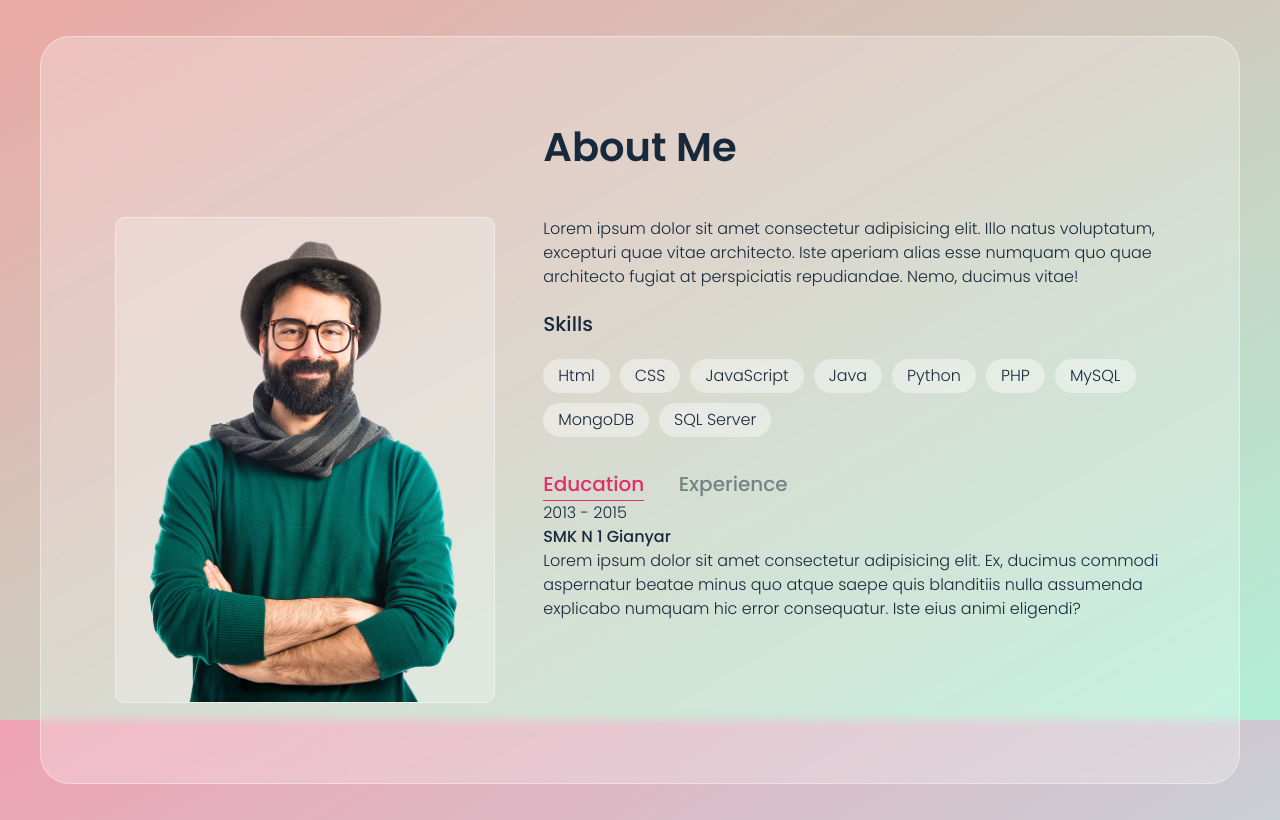
Repository: dewaary/Glassmorp-me
Page: index.html
These files come from the project's save history. The page is drawn as it stood at one moment and after the next save; the edit follows.
The browser window is 1280 px wide. The pictures show the whole page.
Backgrounds fixed to the window are drawn as part of the page.

Above is the page before, as saved 2021-05-25 22:49:06.
Not found: js/script,js

After the next save:
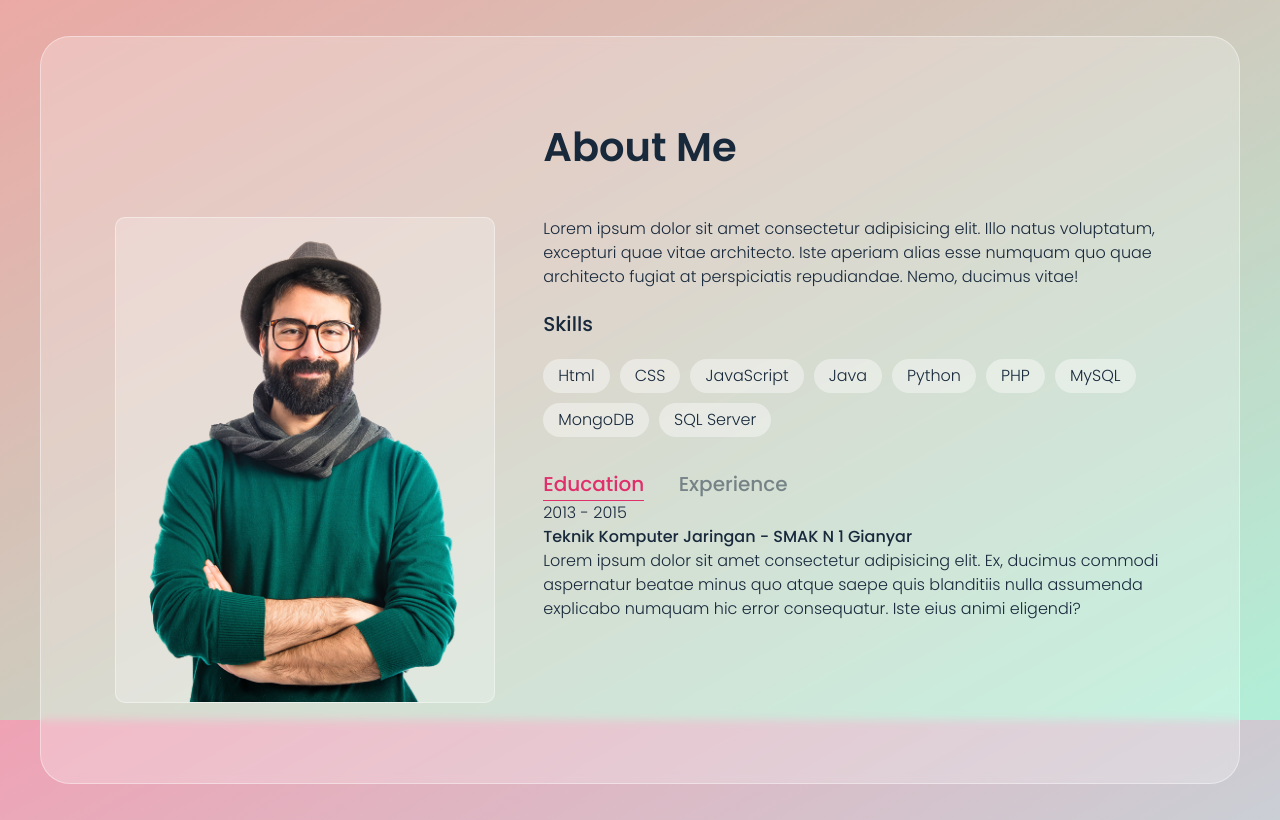
Saved 66 s later.
--- a/index.html
+++ b/index.html
@@ -69,8 +69,10 @@
                             <div class="timeline">
                                 <div class="timline-item">
                                     <span class="date">2013 - 2015</span>
-                                    <h4>SMK N 1 Gianyar</h4>
-                                    <p>Lorem ipsum dolor sit amet consectetur adipisicing elit. Ex, ducimus commodi aspernatur beatae minus quo atque saepe quis blanditiis nulla assumenda explicabo numquam hic error consequatur. Iste eius animi eligendi?</p>
+                                    <h4>Teknik Komputer Jaringan - <span>SMAK N 1 Gianyar</span></h4>
+                                    <p>Lorem ipsum dolor sit amet consectetur adipisicing elit. Ex, ducimus commodi
+                                        aspernatur beatae minus quo atque saepe quis blanditiis nulla assumenda
+                                        explicabo numquam hic error consequatur. Iste eius animi eligendi?</p>
                                 </div>
                             </div>
                         </div>
